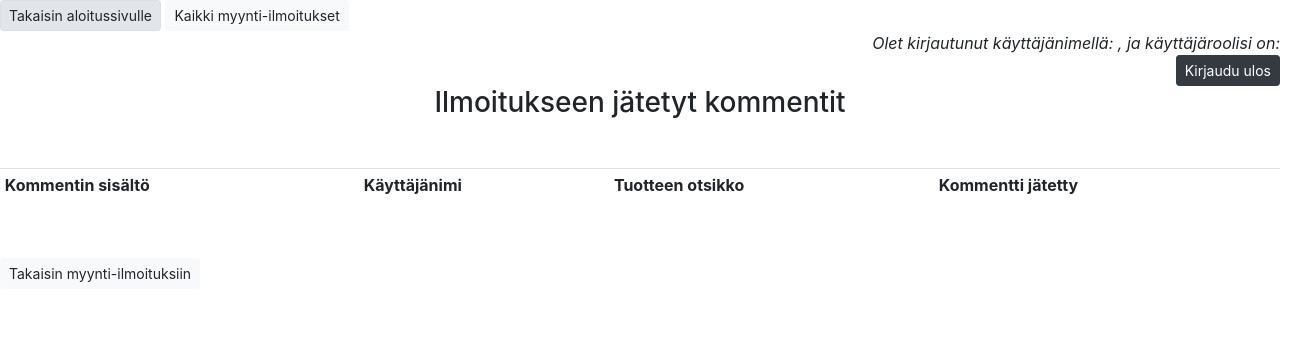
Repository: LiljestromNadja/Backend_s2023_harjoitustyo
Page: http://localhost/articleComments
An editor plug-in stored every save of this project. The page is shown before and after the next save, followed by the edit.
The browser window is 1280 px wide. The page is 1280 px wide, then 1300 px, so the pictures cover 1300 px, including what lies to the right of the window. The pictures show the whole page.
The page is this project's Thymeleaf template; nobody is signed in. The template is opened directly, without the code that normally fills it, so the values that code supplies are empty.

Above is the page before, as saved 2023-11-10 17:58:14.

After the next save:
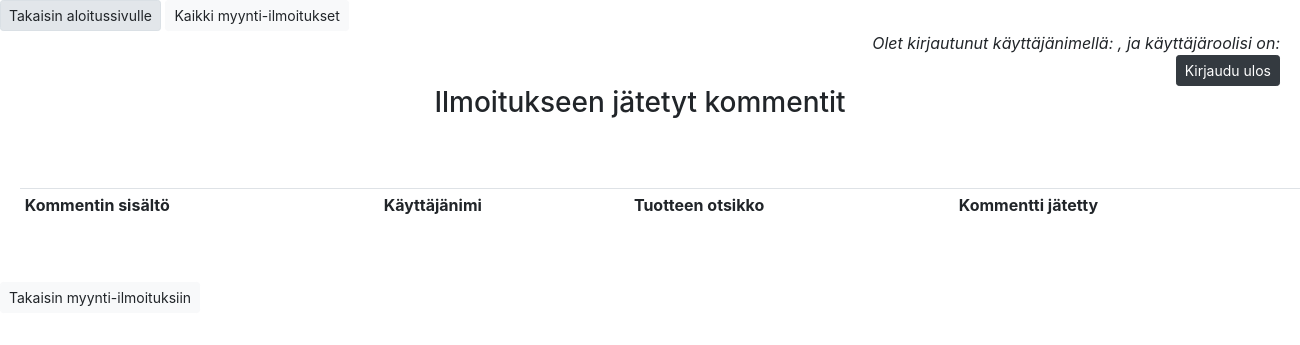
Saved 24 min 14 s later.
--- a/harkkas23v01/src/main/resources/templates/articleComments.html
+++ b/harkkas23v01/src/main/resources/templates/articleComments.html
@@ -27,7 +27,7 @@
 		<h3 style="text-align: center">Ilmoitukseen jätetyt kommentit</h3>
 
 		<div style="clear: both; display: block; height: 40px;"></div>
-		<table class="table table-hover table-sm">
+		<table style="margin: 20px" class="table table-hover table-sm">
 			<tr>
 				<th>Kommentin sisältö</th> <!-- th == tableHeader -->
 	<!-- 		<th>User</th>  -->
